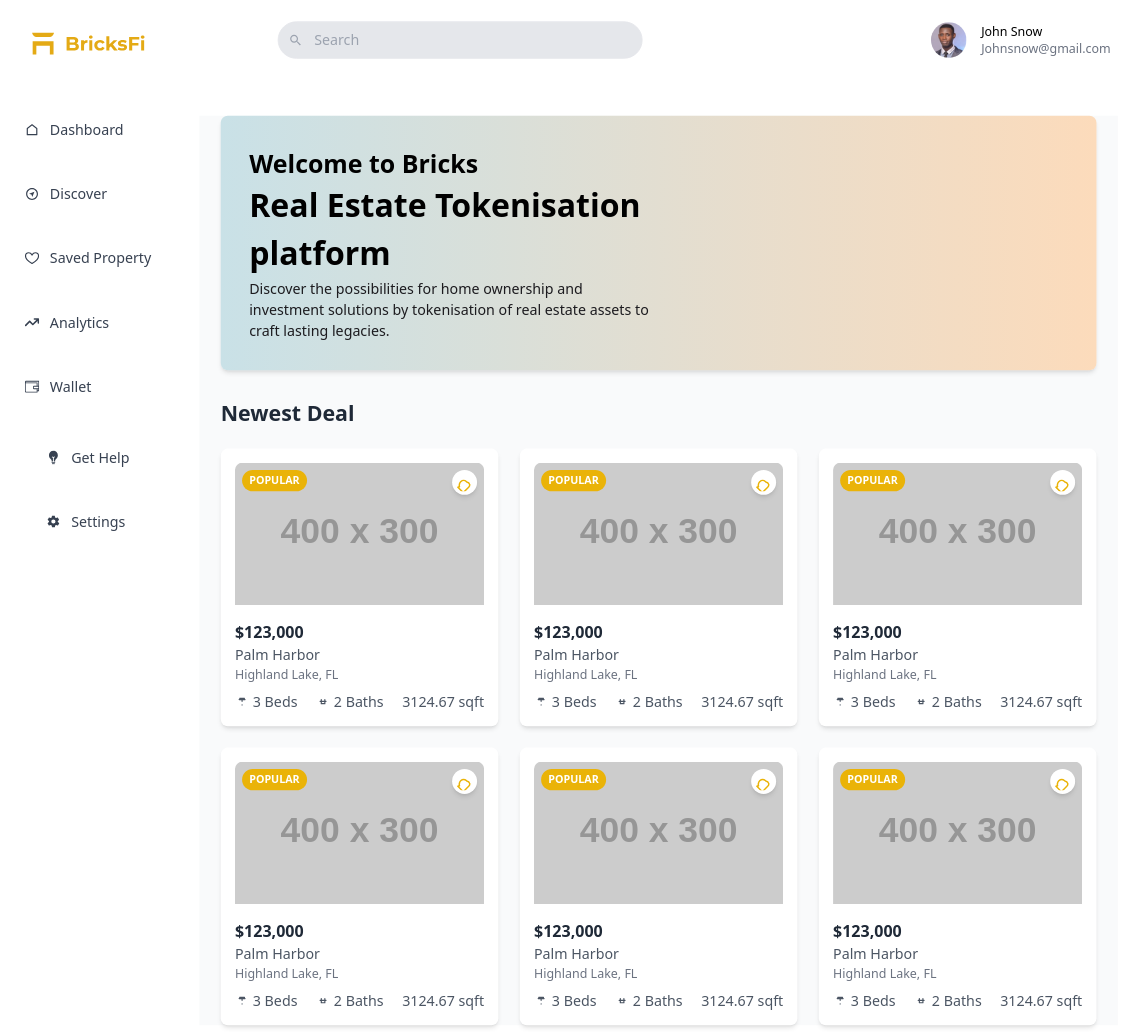
Repository: AyomideAkintade/BricksFi-Frontend
Page: /dashboard/discover (app in client/)
An editor plug-in stored every save of this project. The page is shown before and after the next save, followed by the edit.
The browser window is 1280 px wide. The pictures show the whole page, at 89% of full size.
The page's requests for data from a server got no answer. The project was rebuilt for these pictures with package versions that can differ from the ones it lists, and the page was loaded fresh each time. No one was signed in, and anything a server would have sent is missing. Also part of the build but not shown: client/src/components/navbar.jsx, client/src/components/home.jsx, client/src/components/homeSecond.jsx, client/src/components/homeThird.jsx, client/src/components/homeFifth.jsx, client/src/components/homeSixth.jsx, client/src/components/homeSeventh.jsx, client/src/api/base.js and 16 more.

Above is the page before, as saved 2024-10-04 23:32:18.

### client/src/index.css
@import "tailwindcss/base";
@import "tailwindcss/components";
@import "tailwindcss/utilities";


@font-face {
  font-family: Poppins;
  src: url(/src/assets/fonts/Poppins-Regular.ttf) format("truetype"), url(/src/assets/fonts/Poppins-Bold.ttf) format("truetype"), url(/src/assets/fonts/Poppins-Medium.ttf) format("truetype");

}

### client/src/App.js
import { BrowserRouter as Router, Route, Routes } from "react-router-dom";
import Home from "./pages/homePage";
import HomeFourth from "./components/login.jsx";
import HomeEight from "./components/signup.jsx";
import ForgotPasswordPage from "./components/forgotPassword.jsx";
import DashboardLayout from "./pages/dashboardLayout";
import DashboardPage from "./pages/dashboard.jsx";
import PieAnalytics from "./components/analytics.jsx";
import Discover from "./components/discover.jsx";
import SavedPropertyPage from "./components/savedProperties.jsx";
import { ToastContainer } from "react-toastify";
import 'react-toastify/dist/ReactToastify.css';
import { useEffect, useState } from "react";
import { BrCookies } from "./utils/storage/cookies.js";
// import DiscoverPage from "./pages/discover.jsx";
// import SavedPropertyPage from "./pages/savedProperty.jsx";

function App() {

  const [ loggedIn, setLoggedIn ] = useState(false);
  const [ isLoading, setLoading ] = useState(true);

  useEffect(()=>{
    const ck = new BrCookies(document);
    ck.getCookie('authToken')
      .then((value) => {
        setLoggedIn(true);
        setLoading(false);
      })
      .catch((e) => {
        setLoading(false);
        // this.setState({ isLoading: false }); // Set loading to false even if there is an error
      });
  }, [])
  if (isLoading) {
    return <div></div>;
  }

  return (
    <div>
      <ToastContainer limit={5} />
      {loggedIn ?
      <Router>
        <Routes>
          <Route path="*" element={<DashboardLayout />}>
            <Route index element={<DashboardPage />} />
          </Route>
          <Route path="/dashboard" element={<DashboardLayout />}>
            <Route index element={<DashboardPage />} />
            <Route path="discover" element={<Discover/>} />
            <Route path="saved-property" element={<SavedPropertyPage/>} />
            <Route path="analytics" element={<PieAnalytics />} />
          </Route>
        </Routes>
      </Router>
      :
      <Router>
        <Routes>
          {/* Public Routes */}
          <Route path="/" element={<Home />} />
          <Route path="/login" element={<HomeFourth />} />
          <Route path="/signup" element={<HomeEight />} />
          <Route path="/forgot-password" element={<ForgotPasswordPage />} />

          {/* Dashboard Routes with Sidebar and Header */}
          <Route path="/dashboard" element={<DashboardLayout />}>
            <Route index element={<DashboardPage />} />
            <Route path="discover" element={<Discover/>} />
            <Route path="saved-property" element={<SavedPropertyPage/>} />
            <Route path="analytics" element={<PieAnalytics />} />
          </Route>
        </Routes>
      </Router>
      }
    </div>
  );
}

export default App;

### client/src/pages/dashboardLayout.jsx
import React from 'react';
import Sidebar from '../components/sidebar';
import Header from '../components/header';
import { Outlet } from 'react-router-dom';

const DashboardLayout = () => {
  return (
    <div className="flex">
      {/* Sidebar */}
      <Sidebar />

      <div className="flex-1 ml-[200px]">
        {/* Header */}
        <Header />

        <div className="px-6 py-2">
          {/* Outlet will render the child routes here */}
          <Outlet />
        </div>
      </div>
    </div>
  );
};

export default DashboardLayout;

### client/src/components/discover.jsx
import React from 'react';

const properties = [
  {
    id: 1,
    price: "$123,000",
    name: "Palm Harbor",
    location: "Highland Lake, FL",
    bedrooms: 3,
    bathrooms: 2,
    area: "3124.67 sqft",
    imageUrl: "https://via.placeholder.com/400x300", // Replace with actual image URL
    popular: true,
  },
  {
    id: 2,
    price: "$123,000",
    name: "Palm Harbor",
    location: "Highland Lake, FL",
    bedrooms: 3,
    bathrooms: 2,
    area: "3124.67 sqft",
    imageUrl: "https://via.placeholder.com/400x300", // Replace with actual image URL
    popular: true,
  },
  {
    id: 3,
    price: "$123,000",
    name: "Palm Harbor",
    location: "Highland Lake, FL",
    bedrooms: 3,
    bathrooms: 2,
    area: "3124.67 sqft",
    imageUrl: "https://via.placeholder.com/400x300", // Replace with actual image URL
    popular: true,
  },
  {
    id: 4,
    price: "$123,000",
    name: "Palm Harbor",
    location: "Highland Lake, FL",
    bedrooms: 3,
    bathrooms: 2,
    area: "3124.67 sqft",
    imageUrl: "https://via.placeholder.com/400x300", // Replace with actual image URL
    popular: true,
  },
  {
    id: 5,
    price: "$123,000",
    name: "Palm Harbor",
    location: "Highland Lake, FL",
    bedrooms: 3,
    bathrooms: 2,
    area: "3124.67 sqft",
    imageUrl: "https://via.placeholder.com/400x300", // Replace with actual image URL
    popular: true,
  },
  {
    id: 6,
    price: "$123,000",
    name: "Palm Harbor",
    location: "Highland Lake, FL",
    bedrooms: 3,
    bathrooms: 2,
    area: "3124.67 sqft",
    imageUrl: "https://via.placeholder.com/400x300", // Replace with actual image URL
    popular: true,
  },
  // Add more property data as needed
];

const Discover = () => {
  return (
    <div className="bg-gray-50 min-h-screen">
      {/* Hero Section */}
      <section className="bg-gradient-to-r from-[#C9E1E7] to-[#FCDBBB] p-8 rounded-lg mx-6 my-8 shadow-md">
        <div className="grid grid-cols-1 md:grid-cols-2 items-center">
          <div>
            <h1 className="text-[28px] font-semibold">
              Welcome to Bricks
            </h1>
            <p className="text-[36px] font-semibold">
              Real Estate Tokenisation platform
            </p>
            <p className="text-[#1C1B1F]">
              Discover the possibilities for home ownership and investment
              solutions by tokenisation of real estate assets to craft lasting
              legacies.
            </p>
          </div>
          {/* <div>
            <img
              src="https://via.placeholder.com/600x400" // Replace with actual image URL
              alt="Real Estate Building"
              className="w-full rounded-lg"
            />
          </div> */}
        </div>
      </section>

      {/* Newest Deal Section */}
      <section className="px-6">
        <h2 className="text-2xl font-semibold text-gray-800 mb-6">Newest Deal</h2>
        <div className="grid grid-cols-1 md:grid-cols-3 lg:grid-cols-3 gap-6">
          {properties.map((property) => (
            <div key={property.id} className="bg-white p-4 rounded-lg shadow-md">
              <div className="relative">
                <img
                  src={property.imageUrl}
                  alt={property.name}
                  className="w-full h-40 object-cover rounded-t-lg"
                />
                {property.popular && (
                  <div className="absolute top-2 left-2 bg-yellow-500 text-white text-xs font-semibold px-2 py-1 rounded-full">
                    POPULAR
                  </div>
                )}
                <button className="absolute top-2 right-2 bg-white p-1 rounded-full shadow-md">
                  <svg
                    xmlns="http://www.w3.org/2000/svg"
                    fill="none"
                    viewBox="0 0 24 24"
                    stroke="currentColor"
                    className="w-5 h-5 text-yellow-500"
                  >
                    <path
                      strokeLinecap="round"
                      strokeLinejoin="round"
                      strokeWidth={2}
                      d="M5.121 17.804A4.992 4.992 0 015 15c0-1.38.56-2.63 1.464-3.536l.707-.707c.879-.88 2.03-1.464 3.537-1.464 1.507 0 2.658.584 3.537 1.464l.707.707A4.992 4.992 0 0119 15a4.992 4.992 0 01-1.465 3.535l-6.585 6.585a1 1 0 01-1.414 0l-6.585-6.585z"
                    />
                  </svg>
                </button>
              </div>
              <div className="mt-4">
                <h3 className="text-lg font-semibold text-gray-800">{property.price}</h3>
                <p className="text-gray-600">{property.name}</p>
                <p className="text-sm text-gray-500">{property.location}</p>
                <div className="flex items-center justify-between mt-2">
                  <div className="flex items-center text-gray-600">
                    <svg
                      xmlns="http://www.w3.org/2000/svg"
                      fill="none"
                      viewBox="0 0 24 24"
                      stroke="currentColor"
                      className="w-4 h-4 mr-1"
                    >
                      <path
                        strokeLinecap="round"
                        strokeLinejoin="round"
                        strokeWidth={2}
                        d="M8 7h8M7 9h10M12 12V9m0 9h.01"
                      />
                    </svg>
                    {property.bedrooms} Beds
                  </div>
                  <div className="flex items-center text-gray-600">
                    <svg
                      xmlns="http://www.w3.org/2000/svg"
                      fill="none"
                      viewBox="0 0 24 24"
                      stroke="currentColor"
                      className="w-4 h-4 mr-1"
                    >
                      <path
                        strokeLinecap="round"
                        strokeLinejoin="round"
                        strokeWidth={2}
                        d="M7 12h10M9 12v4h6v-4M9 9v3m6-3v3"
                      />
                    </svg>
                    {property.bathrooms} Baths
                  </div>
                  <div className="text-gray-600">{property.area}</div>
                </div>
              </div>
            </div>
          ))}
        </div>
      </section>
    </div>
  );
};

export default Discover;

### client/src/utils/storage/cookies.js

// eslint-disable-next-line no-unused-vars
class BrCookies {

    constructor(document) {
        this.document = document || (typeof document !== "undefined" ? document : null);
    }

    /**
     *
     * @param {Array<CookieData>} dataList
     */

    saveCookies(dataList){

        if (!Array.isArray(dataList)) {
            throw new Error("Data list must be an array.");
        }

        for (const data of dataList) {
            if (!(data instanceof CookieData)) {
                throw new Error("Invalid cookie data format.");
            }

            // save each cookie
            let cookieValue = `${data.name}=${data.value}; expires=${data.expiryDate.toUTCString()}; path=/`;

            // Set SameSite=None if running on localhost
            if (window.location.hostname !== 'localhost') {

                cookieValue += '; SameSite=Strict; Secure'
            }

            this.document.cookie = cookieValue;
        }
    }

    async getCookie(name) {
        return new Promise((resolve, reject) => {
          const cookies = this.document.cookie.split('; ');
          for (const cookie of cookies) {
            const [cookieName, cookieValue] = cookie.split('=');
            if (cookieName === name) {
              resolve(cookieValue);
              return;
            }
          }
          reject(new Error(`Cookie with name ${name} not found.`));
        });
    }

    removeCookie(name) {
        this.document.cookie = name + "=;Path=/;expires=Thu, 01 Jan 1970 00:00:00 GMT";
    }

    removeAllCookies() {
        const cookies = this.document.cookie.split(";");
        for (var i = 0; i < cookies.length; i++) {
            const cookie = cookies[i];
            const eqPos = cookie.indexOf("=");
            const name = eqPos > -1 ? cookie.substr(0, eqPos) : cookie;
            document.cookie = name + "=;Path=/;expires=Thu, 01 Jan 1970 00:00:00 GMT";
        }
    }
}


class CookieData {
    constructor(name, value, expiryDate) {

        if (typeof name !== "string" || typeof value !== "string" || !(expiryDate instanceof Date) || name.length === 0) {
            throw new Error("Invalid CookieData format.");
        }

        this.name = name;
        this.value = value;
        this.expiryDate = expiryDate;
    }
}

function createCookieDate(timeInSec) {

    const timeInDays = timeInSec / (3600 * 24);

    const currentDate = new Date();

    const futureDate = new Date();
    futureDate.setDate(currentDate.getDate() + timeInDays);


    return futureDate
}


export { BrCookies, CookieData, createCookieDate };

### client/src/components/sidebar.jsx
import React from 'react';
import { Link } from 'react-router-dom';
import { RiHomeLine } from "react-icons/ri";
import { RiCompassDiscoverLine } from "react-icons/ri";
import { GrFavorite } from "react-icons/gr";
import { FaArrowTrendUp } from "react-icons/fa6";
import { TfiWallet } from "react-icons/tfi";
import { IoBulbSharp } from "react-icons/io5";
import { IoMdSettings } from "react-icons/io";
import BricksFi from "../assets/bricksfi.svg"

const Sidebar = () => {
  return (
    <aside className="bg-white h-screen w-[15%] fixed p-3 min-w-[200px]">
      <div className="p-6">
        <img
        src={BricksFi}
        alt='BricksFi'
        className='w-full'
        />
      </div>
      <nav className="mt-8">
        <ul className="space-y-4">
          <li className="p-4 hover:bg-yellow-100">
            <Link to="/dashboard" className="flex items-center text-gray-700">
              <RiHomeLine className="mr-3" /> Dashboard
            </Link>
          </li>
          <li className="p-4 hover:bg-yellow-100">
            <Link to="/dashboard/discover" className="flex items-center text-gray-700">
              <RiCompassDiscoverLine className="mr-3" /> Discover
            </Link>
          </li>
          <li className="p-4 hover:bg-yellow-100">
            <Link to="/dashboard/saved-property" className="flex items-center text-gray-700">
              <GrFavorite className="mr-3" /> Saved Property
            </Link>
          </li>
          <li className="p-4 hover:bg-yellow-100">
            <Link to="/dashboard/analytics" className="flex items-center text-gray-700">
              <FaArrowTrendUp className="mr-3" /> Analytics
            </Link>
          </li>
          <li className="p-4 hover:bg-yellow-100">
            <Link to="/dashboard/wallet" className="flex items-center text-gray-700">
              <TfiWallet className="mr-3" /> Wallet
            </Link>
          </li>
        </ul>
      </nav>
      <div className="mt-auto p-6">
        <ul className="space-y-4">
          <li className="p-4 hover:bg-yellow-100">
            <Link to="/" className="flex items-center text-gray-700">
              <IoBulbSharp className="mr-3" /> Get Help
            </Link>
          </li>
          <li className="p-4 hover:bg-yellow-100">
            <Link to="/" className="flex items-center text-gray-700">
              <IoMdSettings className="mr-3" /> Settings
            </Link>
          </li>
        </ul>
      </div>
    </aside>
  );
};

export default Sidebar;

### client/src/components/header.jsx
import React from 'react';
import COCO from "../assets/clem.jpeg"
import { IoMdSearch } from "react-icons/io";
import { IoNotificationsOutline } from "react-icons/io5";

const Header = () => {
  return (
    <div className="w-full flex gap-10 justify-between items-center py-6 bg-white sticky top-0 z-50 px-12" >
      {/* style={{boxShadow: "1px 1px 20px -8px #0000001A"}} */}
      <div className='px-16 w-full'>
      <div className="relative w-2/3">
        <input
          type="text"
          placeholder="Search"
          className="p-2 pl-10 w-full border rounded-full bg-gray-200 text-black focus:outline-none"
        />
        <IoMdSearch className="absolute left-3 top-1/2 transform -translate-y-1/2 text-gray-400" />
      </div>
      </div>
      <div className="flex items-center space-x-4 ">
        <IoNotificationsOutline className="text-gray-700 text-2xl" />
        <img
          src={COCO}
          alt="profile"
          className="rounded-full h-10 w-10"
        />
        <div className="">
          <span className="block text-sm font-medium">John Snow</span>
          <span className="block text-sm text-gray-500">Johnsnow@gmail.com</span>
        </div>
      </div>
    </div>
  );
};

export default Header;

### client/tailwind.config.js
/** @type {import('tailwindcss').Config} */
module.exports = {
  content: ["./src/**/*.{html,js,jsx}"],
  theme: {
    extend: {
      fontFamily: {
        Poppins: ['Poppins'],
      }
    },
    screens: {
      sm: '640px',
      // => @media (min-width: 640px) { ... }

      md: '768px',
      // => @media (min-width: 768px) { ... }

      lg: '1024px',
      // => @media (min-width: 1024px) { ... }

      xl: '1280px',
      // => @media (min-width: 1280px) { ... }

      '2xl': '1536px',
      // => @media (min-width: 1536px) { ... }
      'custombp': {'raw': '(min-height: 375px),(min-width:768px)'}
    },
  },
  plugins: [],
}

Loaded but not shown: client/public/index.html (common file); client/src/index.js (common file); client/src/reportWebVitals.js (common file)

After the next save:
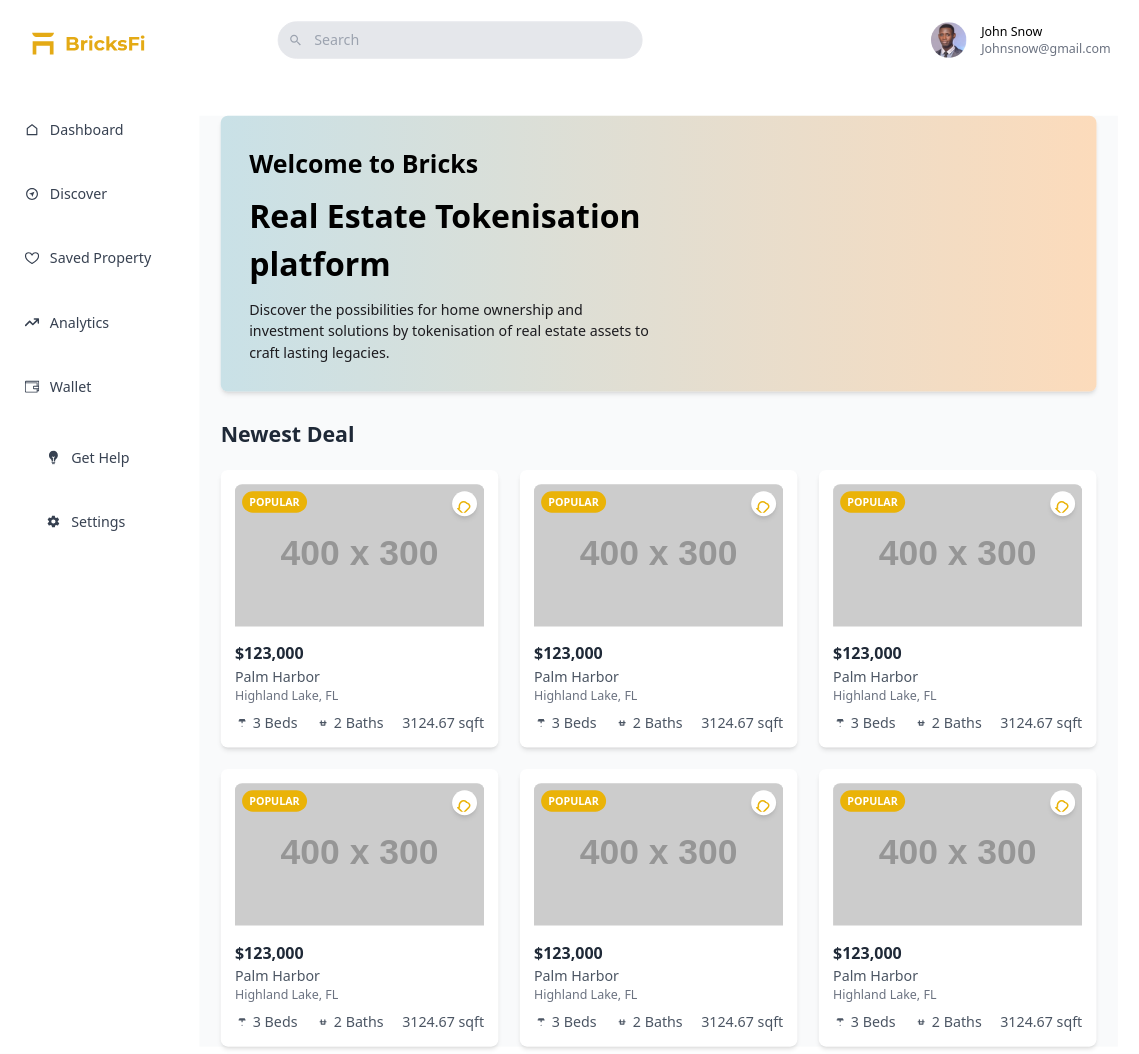
Saved 12 s later.
--- a/client/src/components/discover.jsx
+++ b/client/src/components/discover.jsx
@@ -76,7 +76,7 @@ const Discover = () => {
       {/* Hero Section */}
       <section className="bg-gradient-to-r from-[#C9E1E7] to-[#FCDBBB] p-8 rounded-lg mx-6 my-8 shadow-md">
         <div className="grid grid-cols-1 md:grid-cols-2 items-center">
-          <div>
+          <div className='flex flex-col gap-3'>
             <h1 className="text-[28px] font-semibold">
               Welcome to Bricks
             </h1>
